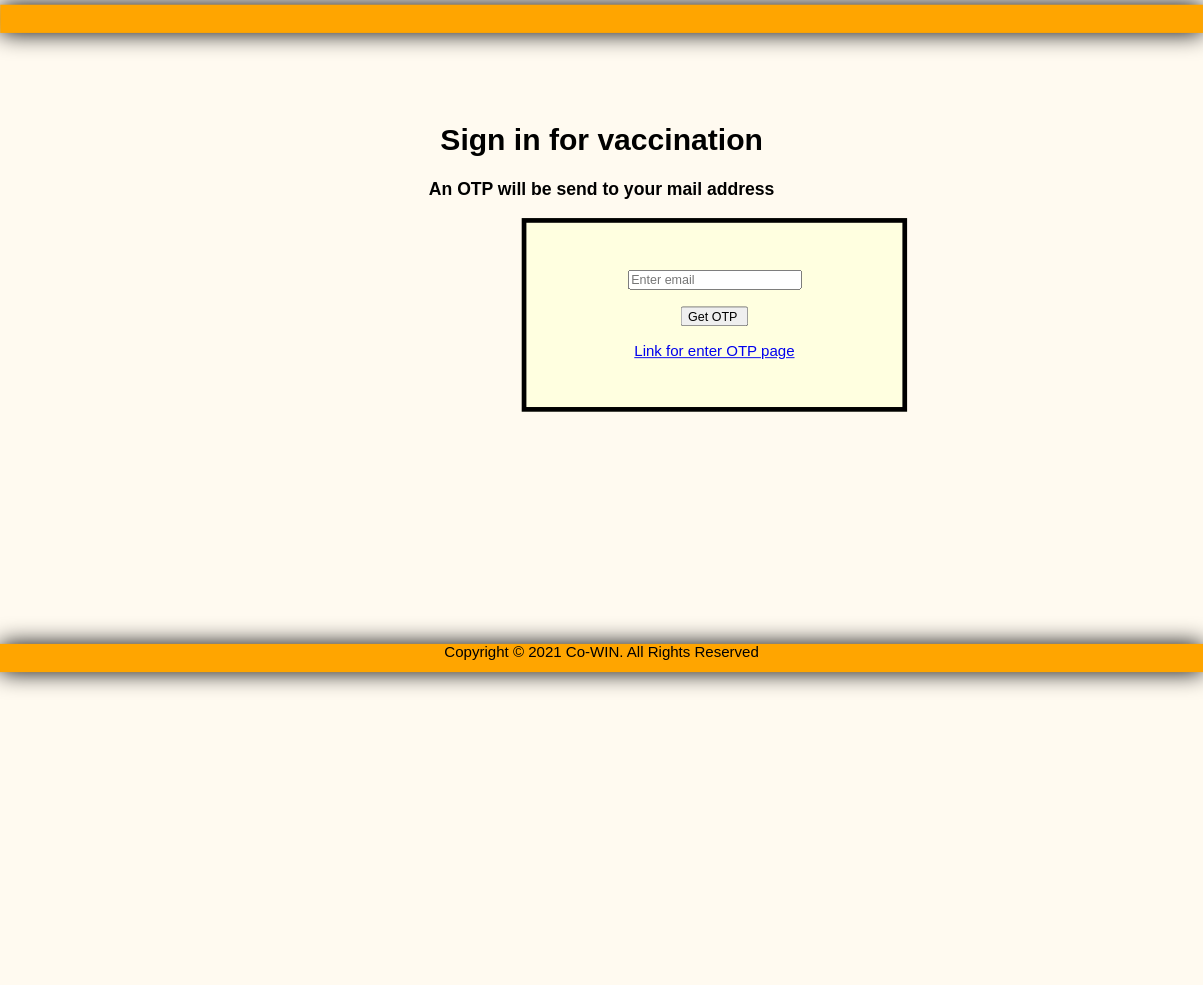
Repository: chetanmelavanki/project
Page: http://localhost/vaccine-app/WEB-INF/pages/signinpage.jsp
These files come from the project's save history. The page is drawn as it stood at one moment and after the next save; the edit follows.
The browser window is 1280 px wide. The pictures show the whole page, at 94% of full size.
The page is served by Tomcat 9. Nobody is signed in. The template is opened directly, without the code that normally fills it, so the values that code supplies are empty.

Above is the page before, as saved 2022-08-15 11:46:49.

After the next save:
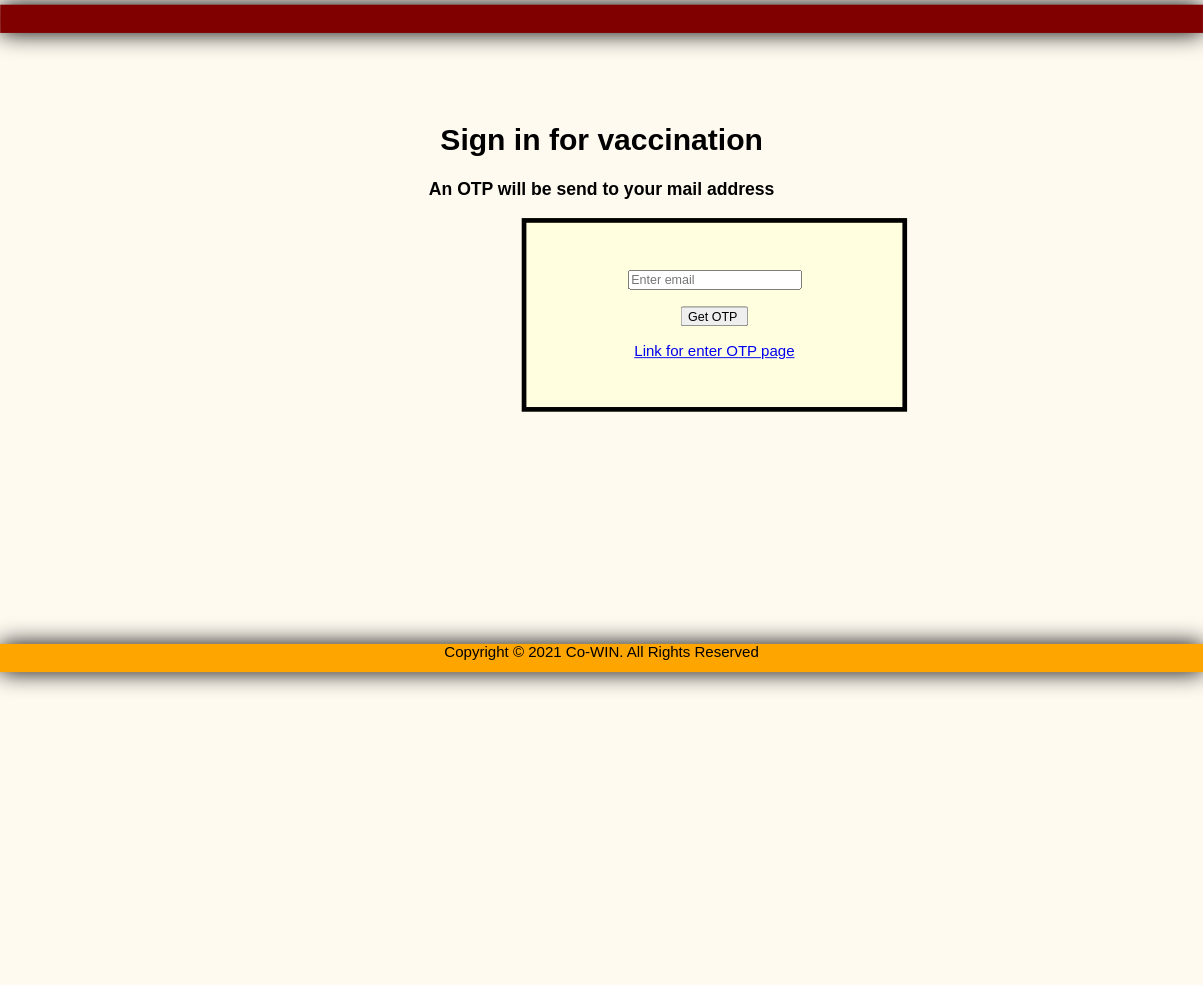
Saved 70 s later.
--- a/vaccine-app/src/main/webapp/WEB-INF/pages/signinpage.jsp
+++ b/vaccine-app/src/main/webapp/WEB-INF/pages/signinpage.jsp
@@ -15,7 +15,7 @@ body {
 }
 
 header {
-	background-color: orange;
+	background-color: maroon;
 	position: fixed;
 	left: 0;
 	right: 0;
